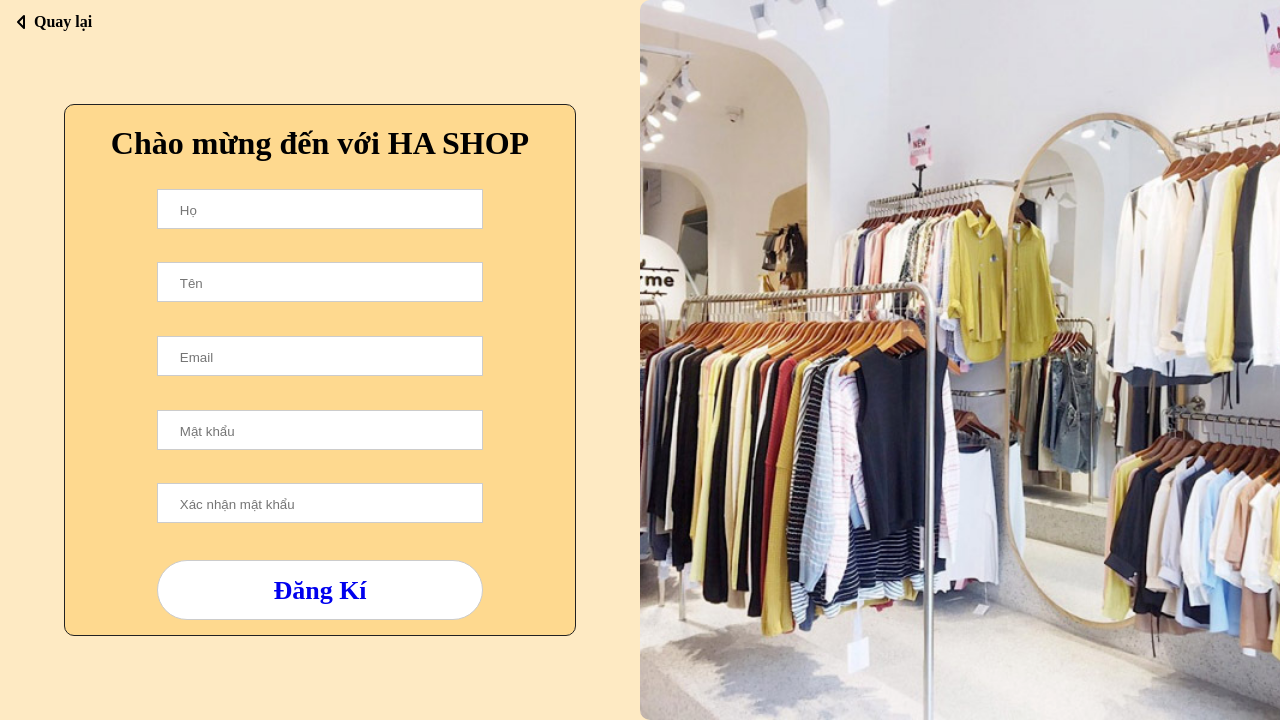
Repository: manhhieu120499/Project_ShopQuanAo
Page: html/dang_ki.html
These files come from the project's save history. The page is drawn as it stood at one moment and after a run of saves; the edit follows.
The browser window is 1280 px wide. The pictures show the whole page.

Above is the page before, as saved 2023-04-01 10:54:09.

### html/dang_ki.html
<!DOCTYPE html>
<html lang="en">
<head>
    <meta charset="UTF-8">
    <meta http-equiv="X-UA-Compatible" content="IE=edge">
    <meta name="viewport" content="width=device-width, initial-scale=1.0">
    <title>Document</title>
    <link rel="stylesheet" href="/css/style_dangki.css">
</head>
<body>
    <div class="wrapper">
        <div class="left">
             <div class="go_back">
                <svg xmlns="http://www.w3.org/2000/svg" class="icon icon-tabler icon-tabler-caret-left" width="24" height="24" viewBox="0 0 24 24" stroke-width="2" stroke="currentColor" fill="none" stroke-linecap="round" stroke-linejoin="round">
                    <path stroke="none" d="M0 0h24v24H0z" fill="none"></path>
                    <path d="M14 6l-6 6l6 6v-12"></path>
                 </svg>
                <p><b>Quay lại</b></p>
             </div>

             <div class="content">
                <h1>Chào mừng đến với HA SHOP</h1>
                <form action="">
                    <div class="item">
                        <input type="text" placeholder="Họ">
                    </div>

                    <div class="item">
                        <input type="text" placeholder="Tên">
                    </div>

                    <div class="item">
                        <input type="text" placeholder="Email">
                    </div>

                    <div class="item">
                        <input type="text" placeholder="Mật khẩu">
                    </div>

                    <div class="item">
                        <input type="text" placeholder="Xác nhận mật khẩu">
                    </div>

                    <a href="#">Đăng Kí</a>
                </form>

             </div>
        </div>
        <div class="right">
            <img src="/image/image_dangki/dangki.png" alt="picture_shop">
        </div>
    </div>
</body>
</html>

### css/style_dangki.css
* {
    margin: 0;
    box-sizing: border-box;
}

.wrapper {
    width: 100%;
    height: 100vh;
    display: flex;
    justify-content: space-between;
    background-color: #FEEAC3;
    padding: 0;
}

.left {
    width: 50%;
    height: 100%;
}

.left .go_back {
    width: 250px;
    display: flex;
    align-items: center;
    margin: 10px;
}

.left .content {
    width: 80%;
    height: 532px;
    border-radius: 10px;
    background-color: #FED98F;
    margin: 70px auto;
    padding: 0;
    display: flex;
    flex-direction: column;
    border: 1px solid #222;
}

.left .content h1 {
   text-align: center;
   margin-top: 20px;
}

.right {
    width: 50%;
    height: 100%;
    overflow: hidden;
}

.right > img {
    object-fit: cover;
    border-radius: 10px 0 0 10px;
    width: 100%;
    height: 100%;
}

.content form {
    width: 80%;
    height: 90%;
    display: flex;
    flex-direction: column;
    margin: 10px auto;
}


form .item{
    width: 80%;
    margin: auto;
    height: 40px;
    border: 1px solid #ccc;
    line-height: 40px;
    background-color: white;
    padding-left: 20px;
}

.item input {
    border: none;
}

.item input:focus {
    outline: none;
}

form > a {
    margin: 20px auto 5px;
    text-decoration: none;
    width: 80%;
    height: 60px;
    text-align: center;
    line-height: 60px;
    border: 1px solid #ccc;
    border-radius: 40px;
    font-size: 26px;
    background-color: white;
    font-weight: 700;
}

After the next 3 saves:
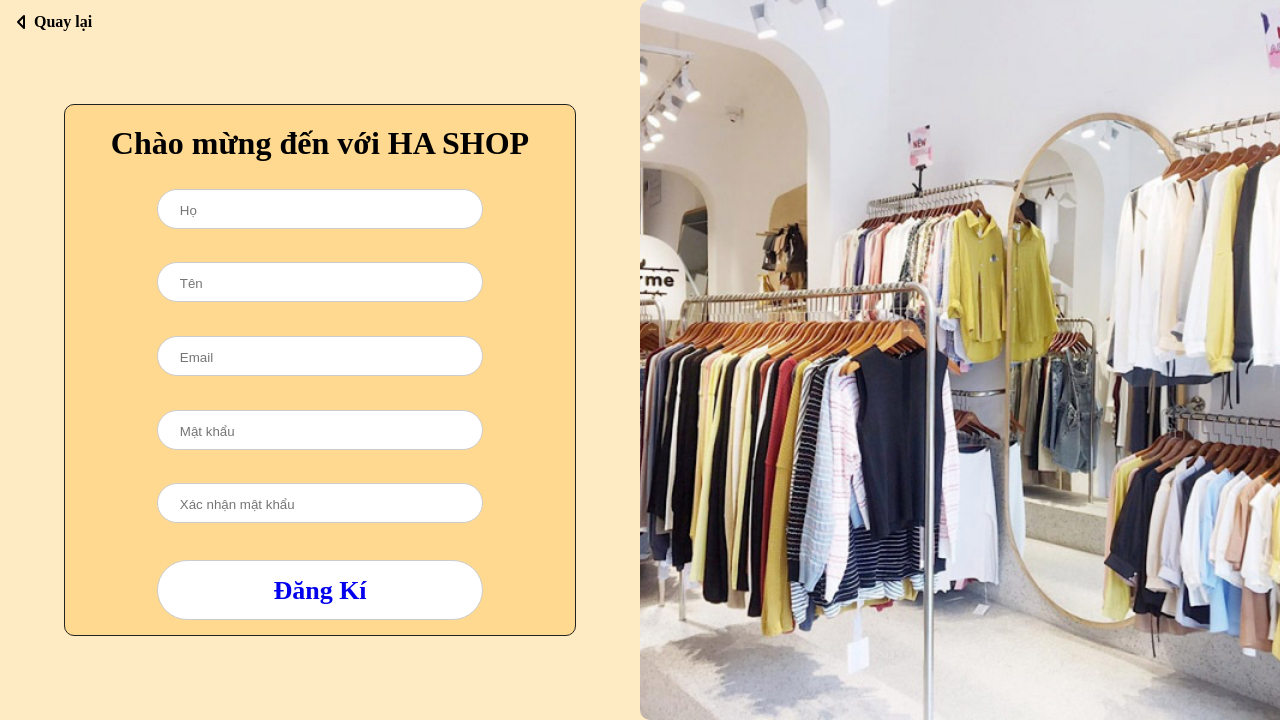
The 3 saves are shown as one change because they came seconds apart.
The last was saved 8 s later.
--- a/css/style_dangki.css
+++ b/css/style_dangki.css
@@ -71,6 +71,7 @@ form .item{
     line-height: 40px;
     background-color: white;
     padding-left: 20px;
+    border-radius: 40px;
 }
 
 .item input {
